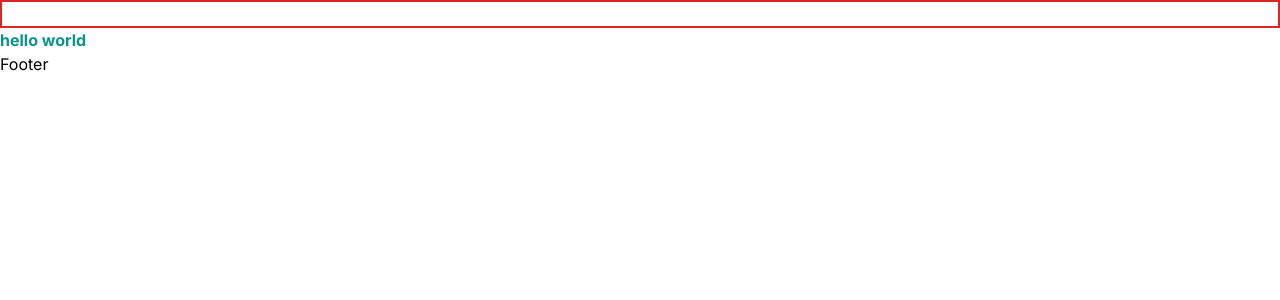
Repository: martin-raphael/travel_agency
Page: /
The author's editor kept a copy of each file at every save. The page is drawn from the files as they stood at one save, then again after the next save.
The browser window is 1280 px wide. The pictures show the whole page.
The project was rebuilt for these pictures with package versions that can differ from the ones it lists, and the page was loaded fresh each time. The framework's server and built-in components were replaced by stand-ins that run in the browser. Also part of the build but not shown: next.config.mjs.

Above is the page before, as saved 2024-08-08 16:17:35.

### app/layout.tsx
import type { Metadata } from "next";
import Navbar from "@/components/Navbar";
import Footer from "@/components/Footer";
import "./globals.css";

export const metadata: Metadata = {
  title: "Travel App",
  description: "Beauty of Nature",
};

export default function RootLayout({
  children,
}: Readonly<{
  children: React.ReactNode;
}>) {
  return (
    <html lang="en">
      <body>
        <Navbar />
        <main className="relative overflow-hidden">{children}</main>
        <Footer />
      </body>
    </html>
  );
}

### app/page.tsx
export default function Home() {
  return (
  <h1 className="font-bold text-teal-600">
    hello world
    </h1>
  );
}

### components/Navbar.tsx
import React from 'react'

const Navbar = () => {
  return (
    <nav className='border-2 border-red-600 justify-between max-container padding-container relative z-30 py-3'></nav>
  )
}

export default Navbar

Loaded but not shown: components/Footer.tsx (common file); app/globals.css (common file); tailwind.config.ts (common file)

After the next save:
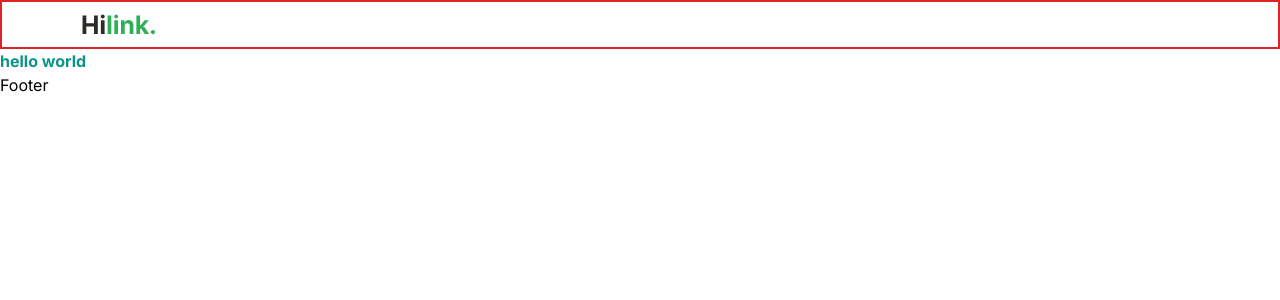
Saved 8 min 36 s later.
--- a/components/Navbar.tsx
+++ b/components/Navbar.tsx
@@ -1,9 +1,15 @@
-import React from 'react'
+import Image from "next/image";
+import Link from "next/link";
+import React from "react";
 
 const Navbar = () => {
   return (
-    <nav className='border-2 border-red-600 justify-between max-container padding-container relative z-30 py-3'></nav>
-  )
-}
+    <nav className="border-2 border-red-600 justify-between max-container padding-container relative z-30 py-3">
+        <Link href="/">
+        <Image src="/hilink-logo.svg" alt="logo" width={74} height={29}/>
+        </Link>
+    </nav>
+  );
+};
 
-export default Navbar
+export default Navbar;
